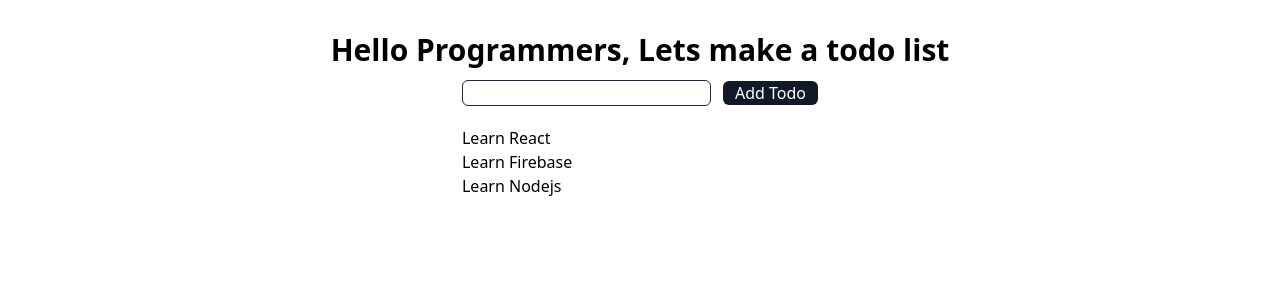
Repository: Shamraiz761/todo_list
Page: /
An editor plug-in stored every save of this project. The page is shown before and after the next save, followed by the edit.
The browser window is 1280 px wide. The pictures show the whole page.
The project was rebuilt for these pictures with package versions that can differ from the ones it lists, and the page was loaded fresh each time. Also part of the build but not shown: vite.config.js.

Above is the page before, as saved 2024-01-11 22:40:01.

After the next save:
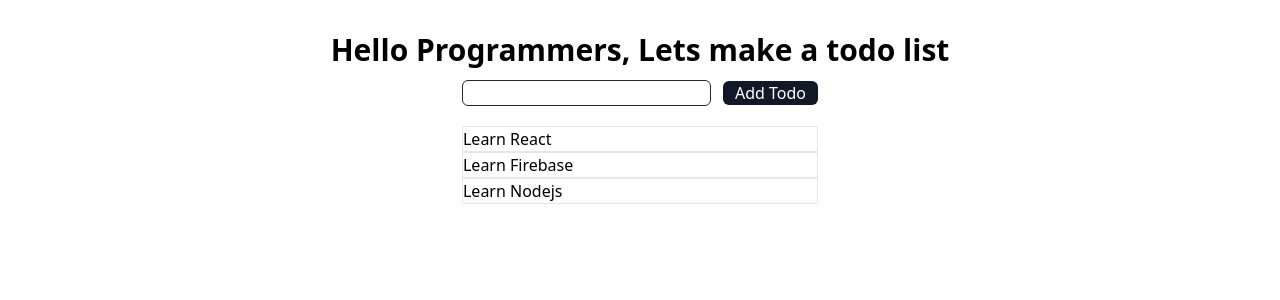
Saved 7 s later.
--- a/src/App.jsx
+++ b/src/App.jsx
@@ -33,7 +33,7 @@ function App() {
           </form>
           <ul className="my-5">
             {todo.map((item, index) => {
-              return <li className="" key={index}>{item}</li>;
+              return <li className="border " key={index}>{item}</li>;
             })}
           </ul>
         </div>
